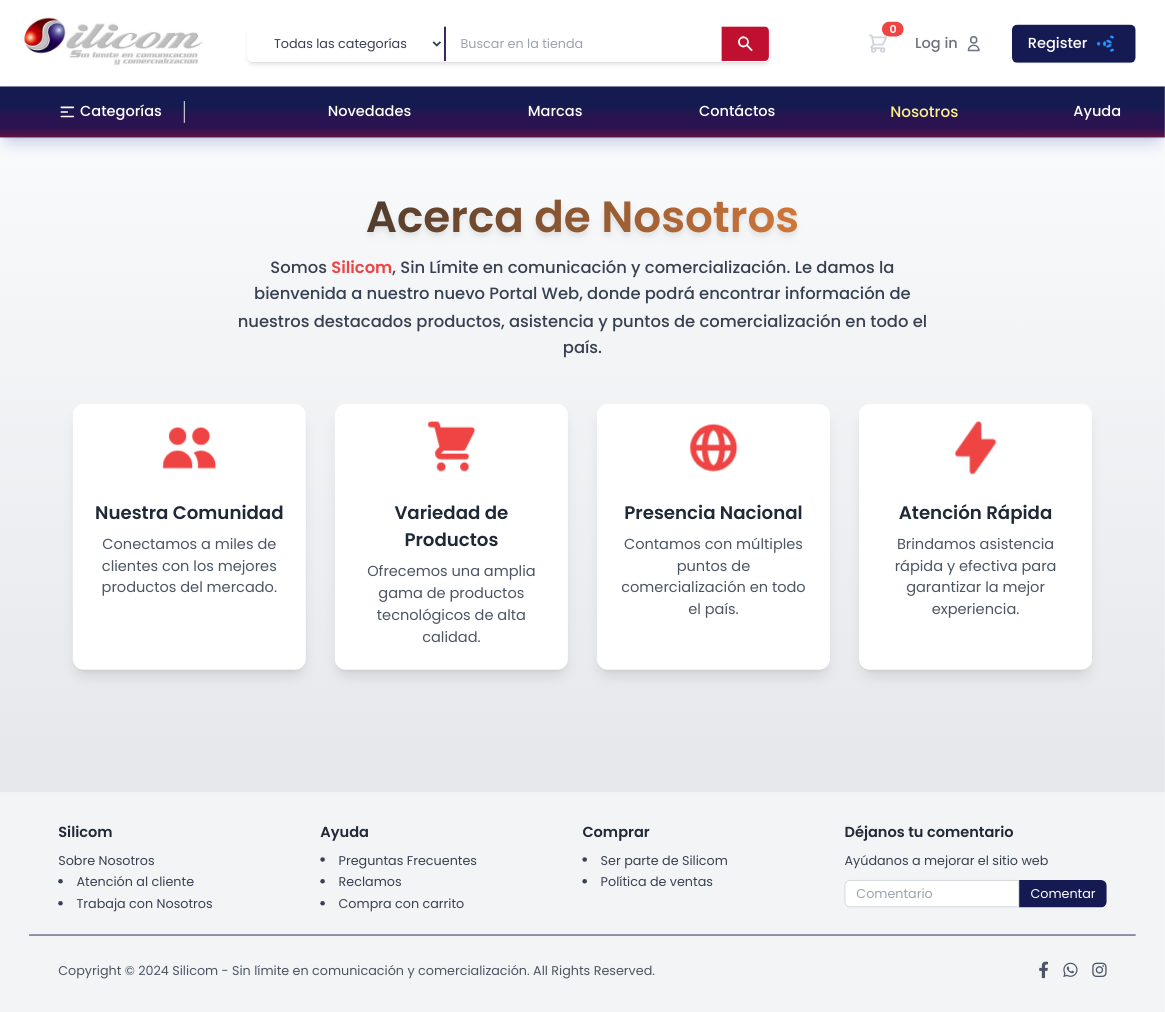
Repository: Francovg18/ecommerce
Page: /about
An editor plug-in stored every save of this project. The page is shown before and after the next save, followed by the edit.
The browser window is 1280 px wide. The pictures show the whole page, at 91% of full size.
The page's requests for data from a server got no answer. The project was rebuilt for these pictures with package versions that can differ from the ones it lists, and the page was loaded fresh each time. No one was signed in, and anything a server would have sent is missing. Also part of the build but not shown: src/components/home/Banner.js, src/components/home/ProductsArrival.js, src/components/home/ProductsSold.js, src/redux/actions/brands.js, src/components/home/Brand.js, src/components/home/Product.js, src/containers/Home.jsx, src/containers/errors/Error404.jsx and 40 more.

Above is the page before, as saved 2025-01-29 20:21:27.

After the next save:
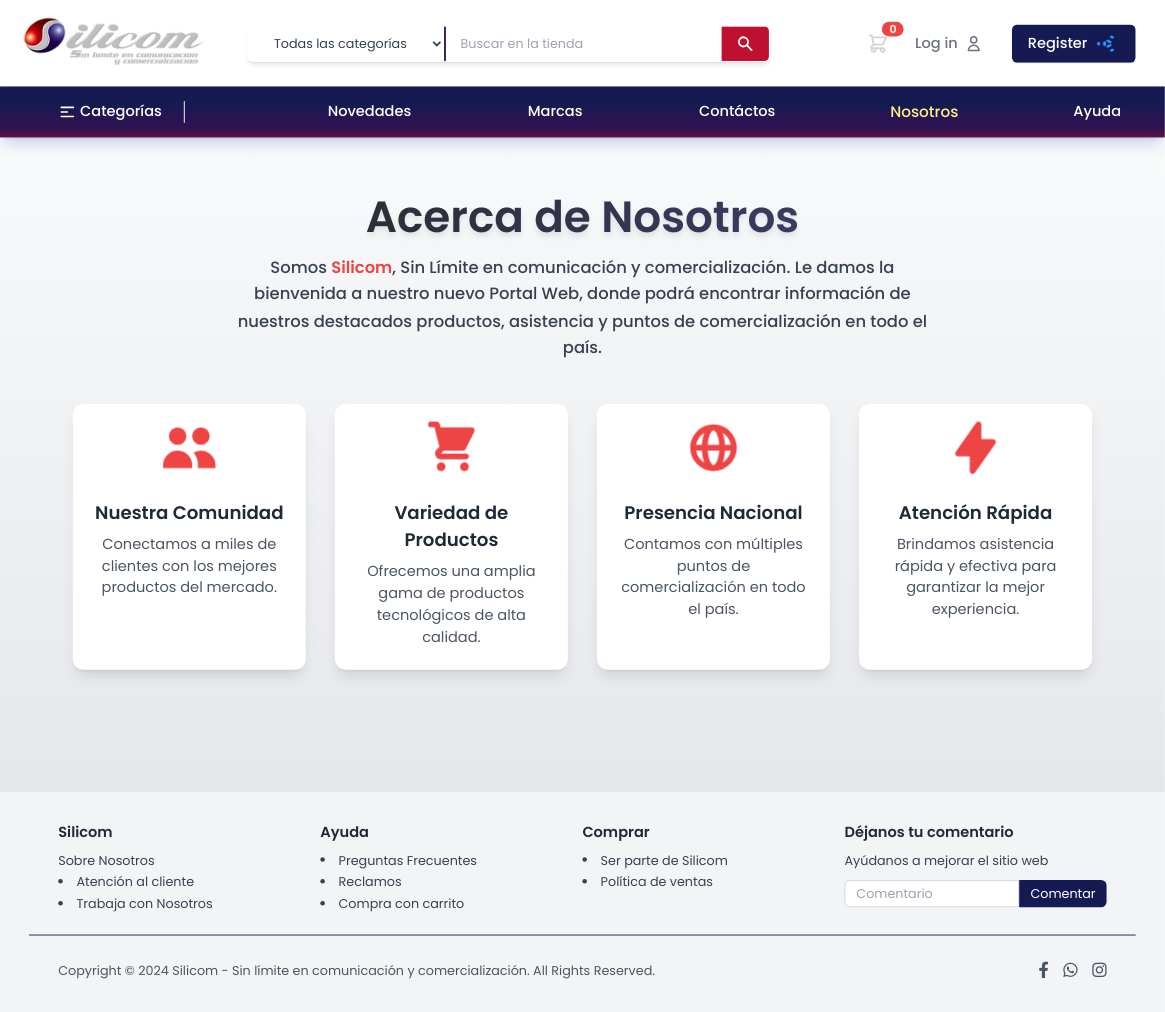
Saved 23 s later.
--- a/src/containers/pages/About.jsx
+++ b/src/containers/pages/About.jsx
@@ -7,7 +7,7 @@ function About() {
     <Layout>
       <div className="bg-gradient-to-b from-gray-50 to-gray-200 min-h-screen py-16 px-6 sm:px-12 lg:px-20">
         <div className="text-center max-w-3xl mx-auto">
-          <h1 className="text-5xl font-extrabold bg-gradient-to-r from-black to-orange-500 bg-clip-text text-transparent drop-shadow-lg animate-pulse">
+          <h1 className="text-5xl font-extrabold bg-gradient-to-r from-black to-midnight-blue bg-clip-text text-transparent drop-shadow-lg animate-pulse">
             Acerca de Nosotros
           </h1>
           <p className="mt-4 text-lg text-gray-700 font-medium leading-relaxed animate-fade-in">
